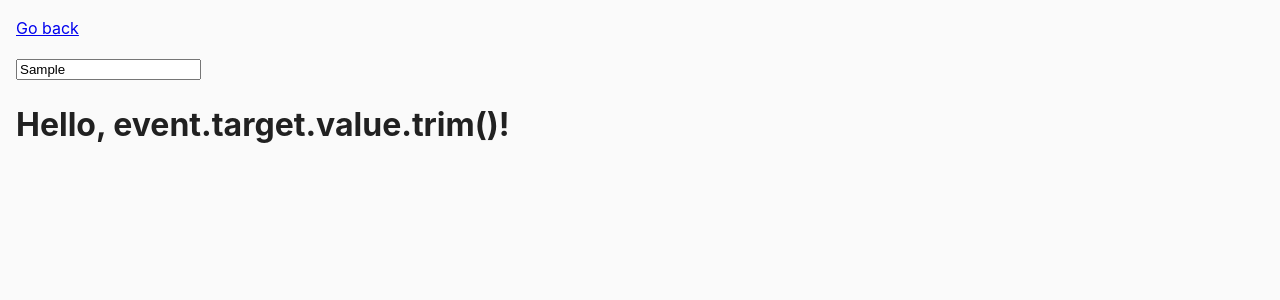
Repository: anyakobtseva/goit-js-hw-07
Page: task-03.html
The author's editor kept a copy of each file at every save. The page is drawn from the files as they stood at one save, then again after the next save.
The browser window is 1280 px wide. The pictures show the whole page.
Empty fields were first filled with sample values (such as "Sample", 5 or name@example.com).
After loading, the first visible `#name-input` was changed once.

Above is the page before, as saved 2023-12-03 18:41:50.

After the next save:
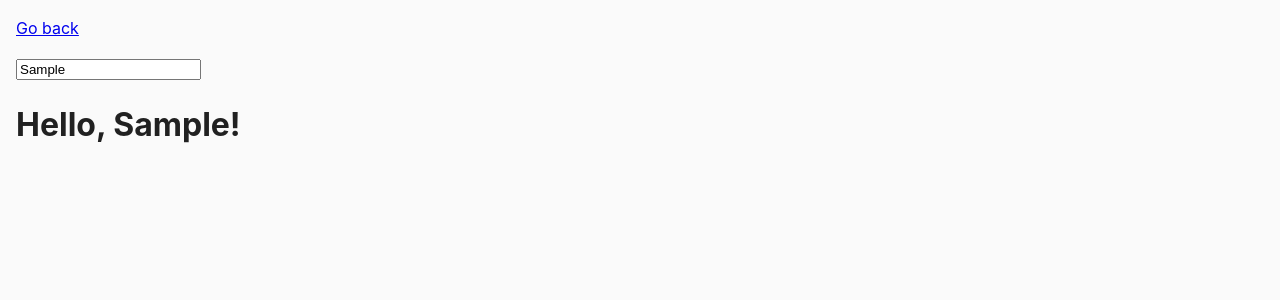
Saved 8 s later.
--- a/js/task-03.js
+++ b/js/task-03.js
@@ -2,7 +2,7 @@
 const outputEl = document.querySelector('#name-output');
 
 inputEl.addEventListener('input', (event) => {
-    outputEl.textContent= outputEl.textContent.replace(outputEl.textContent, 'event.target.value.trim()')
-    console.log(outputEl.textContent)
+    outputEl.textContent = outputEl.textContent.replace(outputEl.textContent, event.target.value.trim())
+    // console.log(outputEl.textContent)
     // console.log(event.target.value.trim())
 })
